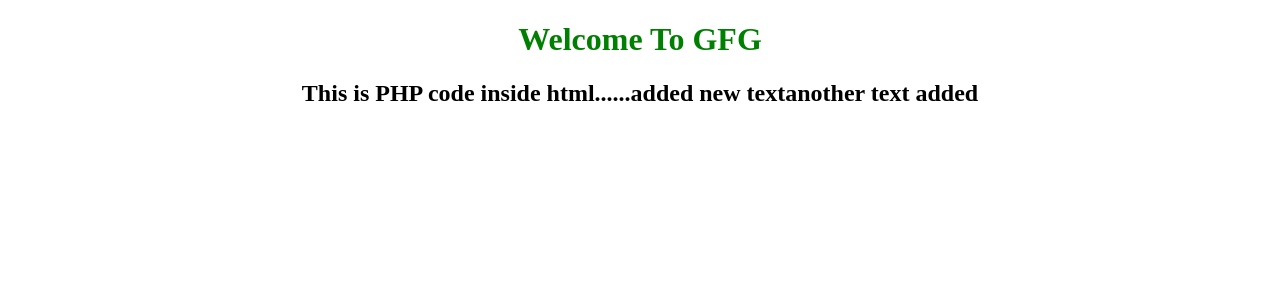
Repository: slevin2002/phpprojectgh
Page: http://localhost/example1.php
An editor plug-in stored every save of this project. The page is shown before and after a run of saves, followed by the edit.
The browser window is 1280 px wide. The pictures show the whole page.
The page is run by PHP 8.4 with error messages shown; the project is at /var/www/html/.

Above is the page before, as saved 2022-12-14 11:04:05.

### example1.php
<!DOCTYPE html>
<html>

<head>
	<style>
		h1 {
			color: green;
		}
	</style>
</head>

<body>
	<center>
		<h1>Welcome To GFG</h1>

		<h2>
			<?php
			echo "This is PHP code inside html......";
			echo "added new text";
			echo "another text added";
			?>
		</h2>
	</center>
</body>

</html>

After the next 2 saves:
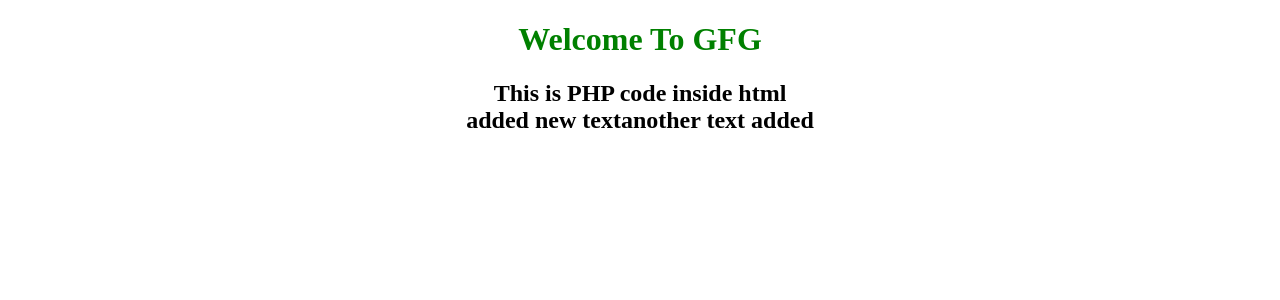
The 2 saves are shown as one change because they came seconds apart.
The last was saved 3 min 32 s later.
--- a/example1.php
+++ b/example1.php
@@ -15,7 +15,7 @@
 
 		<h2>
 			<?php
-			echo "This is PHP code inside html......";
+			echo "This is PHP code inside html<br>";
 			echo "added new text";
 			echo "another text added";
 			?>
